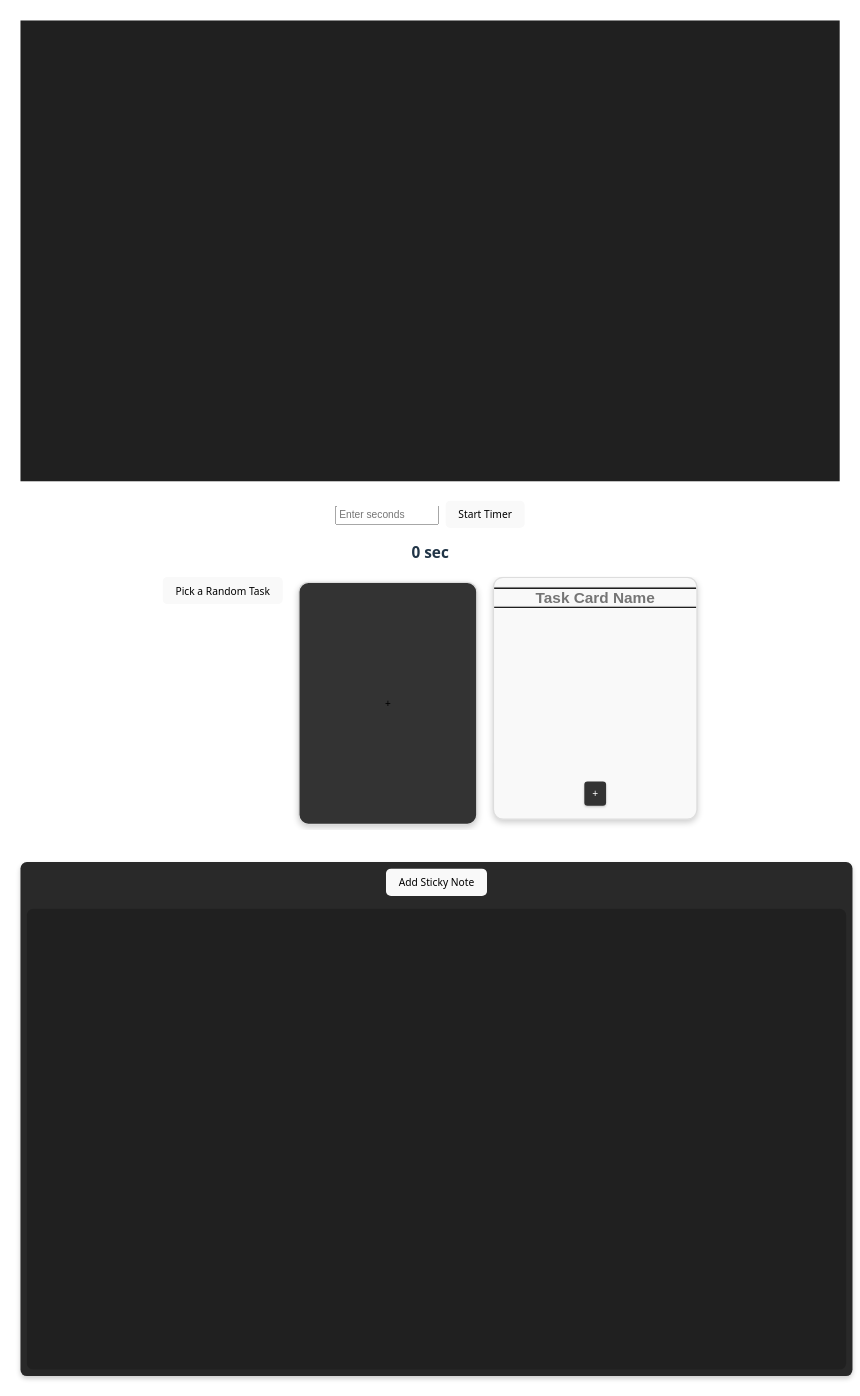
Repository: RamSivaSundaraKarthykeyan/Cards-Task
Page: /, after clicking the first element matching `button.task-card-add-button`
These files come from the project's save history. The page is drawn as it stood at one moment and after the next save; the edit follows.
The browser window is 1280 px wide. The page is 1344 px wide, so the pictures cover 1344 px, including what lies to the right of the window. The pictures show the whole page, at 64% of full size.
The project was rebuilt for these pictures with package versions that can differ from the ones it lists, and the page was loaded fresh each time. Also part of the build but not shown: vite.config.js, src/CSS/checkBox.css, src/components/CheckBox.jsx.

Above is the page before, as saved 2025-04-16 20:37:27.

### index.html
<!doctype html>
<html lang="en">
  <head>
    <meta charset="UTF-8" />
    <link rel="icon" type="image/svg+xml" href="/vite.svg" />
    <meta name="viewport" content="width=device-width, initial-scale=1.0" />
    <title>New To-Do</title>
  </head>
  <body>
    <div id="root"></div>
    <script type="module" src="/src/main.jsx"></script>
  </body>
</html>

### src/main.jsx
import React, { StrictMode } from "react";
import { createRoot } from "react-dom/client";
import "./CSS/index.css";
import App from "./App.jsx";

createRoot(document.getElementById("root")).render(
  <StrictMode>
    <App />
  </StrictMode>
);

### src/App.jsx
import React from "react";
import "./CSS/App.css";
import Deck from "./components/Deck.jsx";
import { TaskCardProvider } from "./context/TaskCardContext.jsx";
import Timer from "./components/Timer.jsx";
import StickyNotes from "./components/StickyNotes.jsx";

function App() {
  return (
    <>
      <div className="app-container"></div>
      <div className="sidebar">
        <Timer />
      </div>
      <div className="main-content">
        <TaskCardProvider>
          <Deck />
        </TaskCardProvider>
      </div>
      <div className="sticky-note">
        <StickyNotes />
      </div>
    </>
  );
}

export default App;

### src/CSS/App.css
#root {
  max-width: 1280px;
  margin: 0 auto;
  padding: 2rem;
  text-align: center;
}

.logo {
  height: 6em;
  padding: 1.5em;
  will-change: filter;
  transition: filter 300ms;
}
.logo:hover {
  filter: drop-shadow(0 0 2em #646cffaa);
}
.logo.react:hover {
  filter: drop-shadow(0 0 2em #61dafbaa);
}

@keyframes logo-spin {
  from {
    transform: rotate(0deg);
  }
  to {
    transform: rotate(360deg);
  }
}

@media (prefers-reduced-motion: no-preference) {
  a:nth-of-type(2) .logo {
    animation: logo-spin infinite 20s linear;
  }
}

.card {
  padding: 2em;
}

.read-the-docs {
  color: #888;
}

.app-container {
  display: flex;
  flex-direction: row;
  /* Left-to-right layout */
  width: 100vw;
  height: 100vh;
  background-color: #202020;
  /* Same dark background */
}

.main-content {
  flex: 1;
  /* Takes up remaining width */
  position: relative;
  overflow: hidden;
  /* Keep notes within the screen, or remove if you want scroll */
}

.sticky-note {
  margin-top: 50px;
  position: relative;
  /* Stays where you place it via top/left */
  width: 100%;
  /* Or any narrower size */
  min-height: 150px;
  background: #292929;
  /* The note’s color */
  padding: 10px;
  box-shadow: 0 4px 8px rgba(0, 0, 0, 0.2);
  cursor: move;
  user-select: none;
  border-radius: 10px;
  overflow: "hidden",
}

.sticky-note textarea {
  width: 100%;
  height: 100%;
  background: transparent;
  border: none;
  resize: none;
  outline: none;
  color: #000000;
  font-size: 14px;
}

### src/components/Deck.jsx
import React, { useRef, useEffect } from "react";
import TaskCard from "./TaskCard.jsx";
import { useTaskCardContext } from "../context/TaskCardContext.jsx";
import "../CSS/Deck.css";

function Deck() {
  const {
    taskCards,
    addTaskCard,
    removeTaskCard,
    pickRandomTaskCard,
    selectedTaskId,
  } = useTaskCardContext();

  const inputRef = useRef({});

  const handleAddTaskCard = () => {
    const newId =
      taskCards.length === 0 ? 1 : taskCards[taskCards.length - 1].id + 1;
    addTaskCard({ id: newId });
    inputRef.current[newId] = React.createRef();
  };

  const handlePickRandomTaskCard = () => {
    const randomTaskCard = pickRandomTaskCard();
    if (randomTaskCard) {
      alert(`random Task Card:\nIDl: ${randomTaskCard.id}`);
    } else {
      alert(`No Task Cards Available!`);
    }
  };

  useEffect(() => {
    if (taskCards.length > 0) {
      const lastTaskCard = taskCards[taskCards.length - 1];
      inputRef.current[lastTaskCard.id]?.current?.focus();
    }
  }, [taskCards]);

  return (
    <div
      style={{ display: "flex", flexWrap: "wrap", gap: "16px" }}
      className="deck"
    >
      <button onClick={handlePickRandomTaskCard}> Pick a Random Task </button>
      <button className="task-card-add-button" onClick={handleAddTaskCard}>
        +
      </button>
      {taskCards.map((tc) => (
        <TaskCard
          id={tc.id}
          key={tc.id}
          removeTask={() => removeTaskCard(tc.id)}
          inputRef={inputRef.current[tc.id]}
          isSelected={tc.id === selectedTaskId}
        />
      ))}
    </div>
  );
}

export default Deck;

### src/context/TaskCardContext.jsx
import React, { createContext, useContext, useState } from "react";

const TaskCardContext = createContext();

export function TaskCardProvider({ children }) {
  const [taskCards, setTaskCards] = useState([]);
  const [selectedTaskId, setSelectedTaskId] = useState(null);

  const addTaskCard = (taskCard) => setTaskCards((prev) => [...prev, taskCard]);
  const removeTaskCard = (id) =>
    setTaskCards((prev) => prev.filter((tc) => tc.id !== id));

  const pickRandomTaskCard = () => {
    if (taskCards.length === 0) return null;
    const randomIndex = Math.floor(Math.random() * taskCards.length);
    const randomCard = taskCards[randomIndex];
    setSelectedTaskId(randomCard.id);
    return randomCard;
  };

  return (
    // any component that consumes this context will have access to these value objects
    <TaskCardContext.Provider
      value={{
        taskCards,
        addTaskCard,
        removeTaskCard,
        pickRandomTaskCard,
        selectedTaskId,
      }}
    >
      {children}
    </TaskCardContext.Provider>
  );
}

export function useTaskCardContext() {
  return useContext(TaskCardContext);
}

### src/components/Timer.jsx
import React, { useState, useEffect, useRef } from "react";

function Timer() {
  // State to hold the remaining time (in seconds)
  const [time, setTime] = useState(0);
  // State to store the input value from the user
  const [inputValue, setInputValue] = useState("");
  // State to indicate if the timer is running
  const [isRunning, setIsRunning] = useState(false);

  // Ref to store the timer id from setTimeout so it can be cleared if needed
  const timerRef = useRef(null);
  // Ref to store the audio element so we can trigger playback
  const audioRef = useRef(null);

  // useEffect to handle the countdown
  useEffect(() => {
    // If the timer is running and time is not zero, schedule a timeout to decrease time by one second.
    if (isRunning && time > 0) {
      timerRef.current = setTimeout(() => {
        setTime(time - 1);
      }, 1000);
    }
    // When the time reaches zero while the timer is running, play the sound and stop the timer.
    else if (isRunning && time === 0) {
      // Play the sound if the audio element is ready
      if (audioRef.current) {
        audioRef.current.play();
      }
      setIsRunning(false);
    }
    // Cleanup function to clear the timeout if the component re-renders or unmounts.
    return () => clearTimeout(timerRef.current);
  }, [isRunning, time]);

  // Function to start the timer based on the user input
  const startTimer = () => {
    // Convert the input value to an integer (assuming the input is in seconds)
    const seconds = parseInt(inputValue, 10);
    if (!isNaN(seconds) && seconds > 0) {
      setTime(seconds);
      setIsRunning(true);
    }
  };

  return (
    <div style={{ textAlign: "center", marginTop: "30px" }}>
      <input
        type="number"
        value={inputValue}
        onChange={(e) => setInputValue(e.target.value)}
        placeholder="Enter seconds"
        style={{ fontSize: "16px", padding: "4px", width: "150px" }}
      />
      <button
        onClick={startTimer}
        style={{ marginLeft: "10px", fontSize: "16px" }}
      >
        Start Timer
      </button>
      <h2 style={{ marginTop: "20px" }}>{time} sec</h2>
      {/* Audio element plays sound when time is up. Ensure sound.mp3 is available in your public folder or change the src to a valid URL */}
      <audio ref={audioRef}>
        <source src="/alarm.mp3" type="audio/mpeg" />
        Your browser does not support the audio element.
      </audio>
    </div>
  );
}

export default Timer;

### src/CSS/Deck.css
.task-card-add-button {
    width: 280px;
    height: 380px;
    margin: 8px;
    display: flex;
    justify-content: center;
    align-items: center;
    border: 2px solid #ddd;
    border-radius: 16px;
    background: #333;
    box-shadow: 0 4px 10px rgba(0, 0, 0, 0.2);
    cursor: pointer;
    box-sizing: border-box;
}

.task-card-add-button:hover {
    transform: perspective(600px) rotateX(2deg);
    box-shadow: 0 6px 12px rgba(0, 0, 0, 0.2);
}

.deck {
    display: flex;
    flex-wrap: wrap;
    gap: 16px;
    justify-content: center;
    align-items: flex-start;
}

### src/CSS/TaskCard.css
.task-card {
    position: relative;
    width: 320px;
    height: 380px;
    display: flex;
    flex-direction: column;
    align-items: center;
    justify-content: space-between;
    background: #f9f9f9;
    border: 2px solid #ddd;
    border-radius: 16px;
    box-shadow: 0 4px 10px rgba(0, 0, 0, 0.2);
    padding: 20px;
    box-sizing: border-box;
    overflow: hidden;
    transition: transform 0.2s ease, box-shadow 0.2s ease;
}

.task-card:hover {
    opacity: 1;
        transform: perspective(600px) rotateX(2deg);
        box-shadow: 0 6px 12px rgba(0, 0, 0, 0.2);
}

.task-card::before {
    content: "";
    position: absolute;
    top: 0;
    right: 0;
    width: 0;
    height: 0;
    border-style: solid;
    border-width: 60px 60px 0 0;
    /* Creates a triangle */
    border-color: transparent transparent transparent transparent;
    /* Initially hidden */
    z-index: 2;
    transition: border-color 0.3s ease;
    opacity: 0;
        /* Hidden by default */
        pointer-events: none;
        /* Prevent interaction */
}

.task-card:hover::before {
    border-color: #d63b3b transparent transparent transparent;
    /* Red triangle on hover */
    opacity: 1;
        /* Show on hover */
        pointer-events: auto;
        /* Enable interaction */
}
.task-card::after {
    content: "";
    position: absolute;
    top: 0;
    right: 0;
    width: 0;
    height: 0;
    background: transparent;
    /* Initially hidden */
    z-index: 3;
    transition: all 0.3s ease;
    opacity: 0;
        /* Hidden by default */
        pointer-events: none;
        /* Prevent interaction */
}

.task-card:hover::after {
    content: "–";
    width: 40px;
    height: 40px;
    background: #d63b3b;
    /* Visible on hover */
    color: #fff;
    /* Show minus sign */
    font-size: 24px;
    display: flex;
    align-items: center;
    justify-content: center;
    transform: translate(-10px, 10px) rotate(45deg);
    box-shadow: 0 2px 4px rgba(0, 0, 0, 0.3);
    opacity: 1;
        /* Show on hover */
        pointer-events: auto;
        /* Enable interaction */
}
.card-title {
    position: absolute;
    top: 16px;
    left: 50%;
    transform: translateX(-50%);
    font-size: 24px;
    font-family: 'Poppins', sans-serif;
    font-weight: bold;
    border-radius: 8px;
    text-align: center;
    width: auto;
    border: none;
    background-color: transparent;
    color: #333;
    margin-bottom: 25px;
}

.checkbox-container {
    display: flex;
    flex-direction: column;
    align-items: flex-start;
    gap: 10px;
    padding: 16px 8px;
    margin-top: 60px;
    /* Added margin to prevent overlap */
}

.checkbox-container input[type="checkbox"] {
    width: 16px;
    height: 16px;
    accent-color: #d63b3b;
    cursor: pointer;
}

.checkbox-container label {
    display: flex;
    align-items: center;
    gap: 8px;
    font-size: 14px;
}

.remove-button {
    position: absolute;
        top: 16px;
        right: 16px;
        background: #333;
        color: #bb0000;
        border: none;
        border-radius: 5px;
        padding: 8px 12px;
        font-size: 16px;
        cursor: pointer;
        box-shadow: 0 2px 4px rgba(0, 0, 0, 0.2);

        /* Initially hidden: folded inwards */
        opacity: 0;
        transform: perspective(600px) rotateX(90deg);
        transform-origin: top right;
        transition: transform 0.3s ease, opacity 0.3s ease;
}

.task-card:hover .remove-button {
    opacity: 1;
    transform: perspective(600px) rotateX(0deg);
}

.add-check-box-button {
    margin-top: 20px;
    background: #333;
    color: #fff;
    border: none;
    border-radius: 5px;
    padding: 8px 12px;
    font-size: 16px;
    cursor: pointer;
    box-shadow: 0 2px 4px rgba(0, 0, 0, 0.2);
}

.task-card::-webkit-scrollbar {
    width: 8px;
    /* Width of the scrollbar */
}

.task-card::-webkit-scrollbar-thumb {
    background: linear-gradient(45deg, #ff6f61, #d63b3b);
    /* Gradient color for the scrollbar thumb */
    border-radius: 4px;
    /* Rounded edges */
}

.task-card::-webkit-scrollbar-thumb:hover {
    background: linear-gradient(45deg, #d63b3b, #ff6f61);
    /* Change color on hover */
}

.task-card::-webkit-scrollbar-track {
    background: #f1f1f1;
    /* Light background for the scrollbar track */
    border-radius: 4px;
    /* Rounded edges */
}

.task-card.completed {
    border: 2px solid green;
    background-color: #7ed67e;
    color: #d63b3b;
}

.task-card.selected {
    /* Style for a selected task card */
    border-color: #7ed67e;
    color: #d63b3b;
}

.completed-screen {
    text-align: center;
}

Loaded but not shown: src/index.css (common file); src/components/TaskCard.jsx (117 lines, source omitted); src/components/StickyNotes.jsx (116 lines, source omitted)

After the next save:
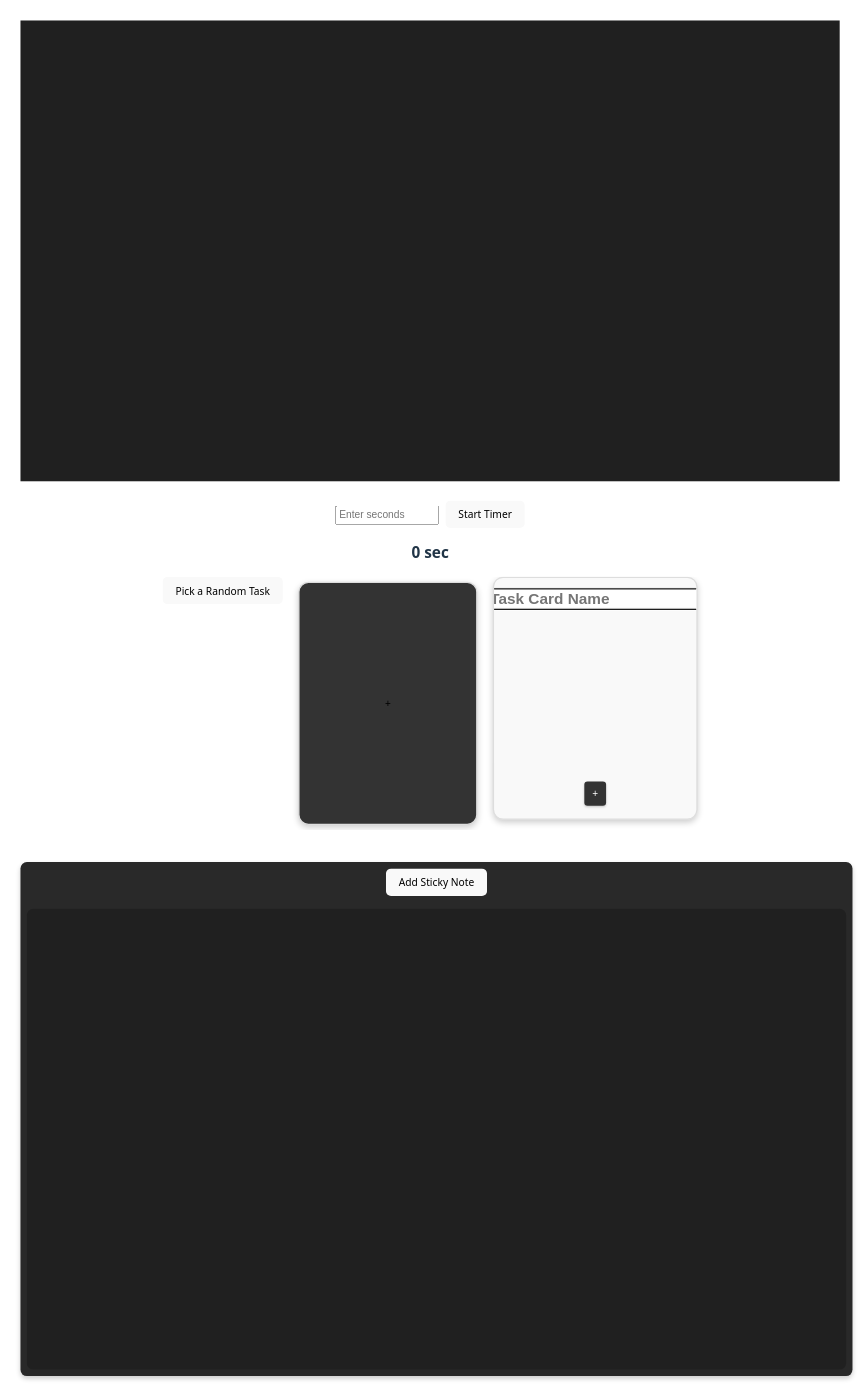
Saved 88 s later.
--- a/src/CSS/TaskCard.css
+++ b/src/CSS/TaskCard.css
@@ -17,11 +17,11 @@
 }
 
 .task-card:hover {
-    opacity: 1;
-        transform: perspective(600px) rotateX(2deg);
-        box-shadow: 0 6px 12px rgba(0, 0, 0, 0.2);
+    transform: perspective(600px) rotateX(2deg);
+    box-shadow: 0 6px 12px rgba(0, 0, 0, 0.2);
 }
 
+/* Triangle Fold */
 .task-card::before {
     content: "";
     position: absolute;
@@ -31,25 +31,18 @@
     height: 0;
     border-style: solid;
     border-width: 60px 60px 0 0;
-    /* Creates a triangle */
     border-color: transparent transparent transparent transparent;
-    /* Initially hidden */
+    /* Hidden by default */
     z-index: 2;
     transition: border-color 0.3s ease;
-    opacity: 0;
-        /* Hidden by default */
-        pointer-events: none;
-        /* Prevent interaction */
 }
 
 .task-card:hover::before {
     border-color: #d63b3b transparent transparent transparent;
-    /* Red triangle on hover */
-    opacity: 1;
-        /* Show on hover */
-        pointer-events: auto;
-        /* Enable interaction */
+    /* Red triangle */
 }
+
+/* Minus Button */
 .task-card::after {
     content: "";
     position: absolute;
@@ -58,13 +51,9 @@
     width: 0;
     height: 0;
     background: transparent;
-    /* Initially hidden */
+    /* Hidden by default */
     z-index: 3;
     transition: all 0.3s ease;
-    opacity: 0;
-        /* Hidden by default */
-        pointer-events: none;
-        /* Prevent interaction */
 }
 
 .task-card:hover::after {
@@ -81,11 +70,9 @@
     justify-content: center;
     transform: translate(-10px, 10px) rotate(45deg);
     box-shadow: 0 2px 4px rgba(0, 0, 0, 0.3);
-    opacity: 1;
-        /* Show on hover */
-        pointer-events: auto;
-        /* Enable interaction */
 }
+
+/* Additional Card Styles */
 .card-title {
     position: absolute;
     top: 16px;
@@ -94,36 +81,23 @@
     font-size: 24px;
     font-family: 'Poppins', sans-serif;
     font-weight: bold;
-    border-radius: 8px;
-    text-align: center;
-    width: auto;
-    border: none;
-    background-color: transparent;
     color: #333;
-    margin-bottom: 25px;
 }
 
 .checkbox-container {
     display: flex;
     flex-direction: column;
-    align-items: flex-start;
     gap: 10px;
-    padding: 16px 8px;
     margin-top: 60px;
-    /* Added margin to prevent overlap */
 }
 
 .checkbox-container input[type="checkbox"] {
     width: 16px;
     height: 16px;
     accent-color: #d63b3b;
-    cursor: pointer;
 }
 
 .checkbox-container label {
-    display: flex;
-    align-items: center;
-    gap: 8px;
     font-size: 14px;
 }
 

After the save that followed:
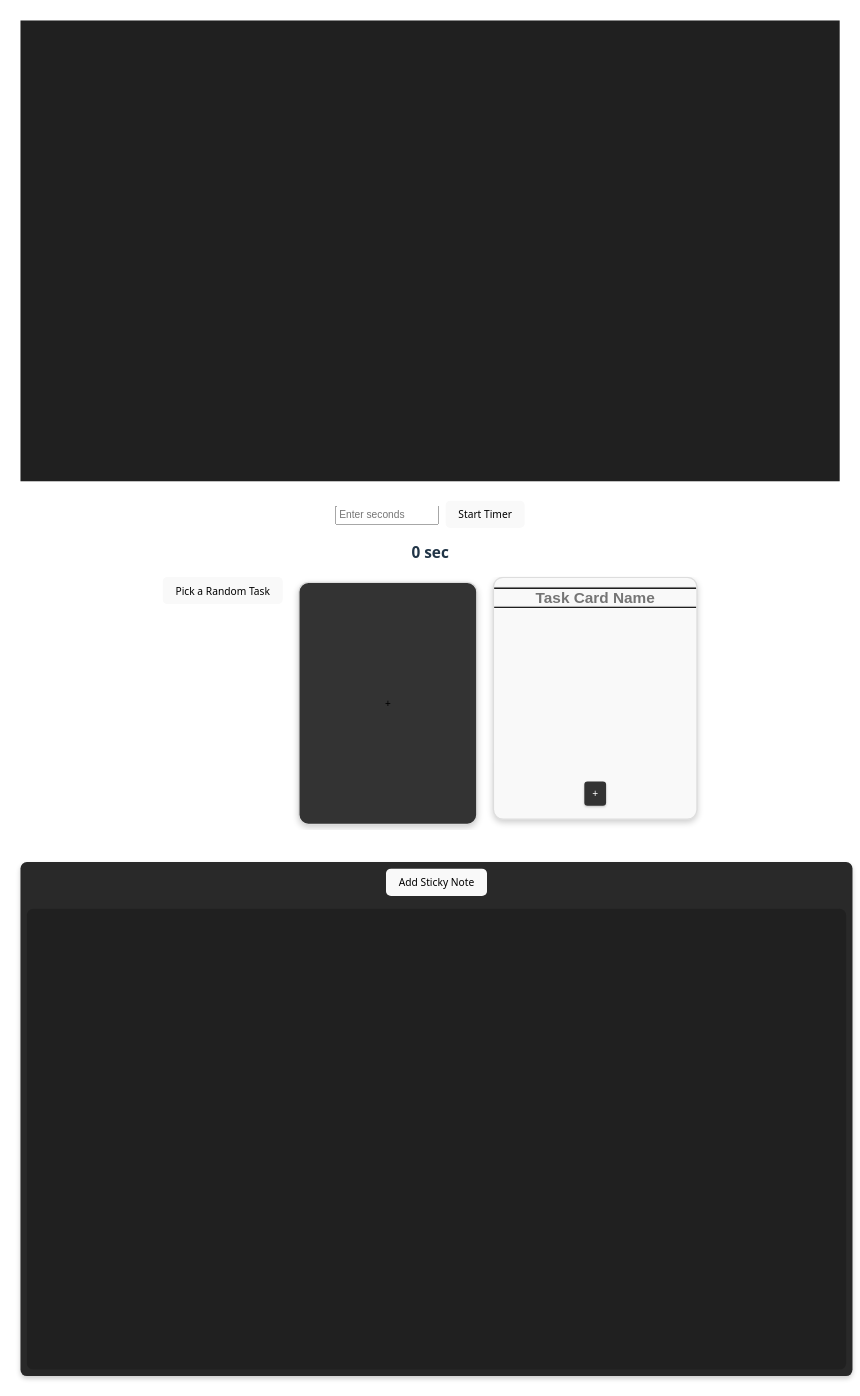
Saved 30 s later.
--- a/src/CSS/TaskCard.css
+++ b/src/CSS/TaskCard.css
@@ -17,11 +17,11 @@
 }
 
 .task-card:hover {
-    transform: perspective(600px) rotateX(2deg);
-    box-shadow: 0 6px 12px rgba(0, 0, 0, 0.2);
+    opacity: 1;
+        transform: perspective(600px) rotateX(2deg);
+        box-shadow: 0 6px 12px rgba(0, 0, 0, 0.2);
 }
 
-/* Triangle Fold */
 .task-card::before {
     content: "";
     position: absolute;
@@ -31,18 +31,21 @@
     height: 0;
     border-style: solid;
     border-width: 60px 60px 0 0;
+    /* Creates a triangle */
     border-color: transparent transparent transparent transparent;
-    /* Hidden by default */
+    /* Initially hidden */
     z-index: 2;
     transition: border-color 0.3s ease;
+    opacity: 0;
+        /* Hidden by default */
+        pointer-events: none;
+        /* Prevent interaction */
 }
 
 .task-card:hover::before {
     border-color: #d63b3b transparent transparent transparent;
-    /* Red triangle */
+    /* Red triangle on hover */
 }
-
-/* Minus Button */
 .task-card::after {
     content: "";
     position: absolute;
@@ -51,9 +54,13 @@
     width: 0;
     height: 0;
     background: transparent;
-    /* Hidden by default */
+    /* Initially hidden */
     z-index: 3;
     transition: all 0.3s ease;
+    opacity: 0;
+        /* Hidden by default */
+        pointer-events: none;
+        /* Prevent interaction */
 }
 
 .task-card:hover::after {
@@ -71,8 +78,6 @@
     transform: translate(-10px, 10px) rotate(45deg);
     box-shadow: 0 2px 4px rgba(0, 0, 0, 0.3);
 }
-
-/* Additional Card Styles */
 .card-title {
     position: absolute;
     top: 16px;
@@ -81,23 +86,36 @@
     font-size: 24px;
     font-family: 'Poppins', sans-serif;
     font-weight: bold;
+    border-radius: 8px;
+    text-align: center;
+    width: auto;
+    border: none;
+    background-color: transparent;
     color: #333;
+    margin-bottom: 25px;
 }
 
 .checkbox-container {
     display: flex;
     flex-direction: column;
+    align-items: flex-start;
     gap: 10px;
+    padding: 16px 8px;
     margin-top: 60px;
+    /* Added margin to prevent overlap */
 }
 
 .checkbox-container input[type="checkbox"] {
     width: 16px;
     height: 16px;
     accent-color: #d63b3b;
+    cursor: pointer;
 }
 
 .checkbox-container label {
+    display: flex;
+    align-items: center;
+    gap: 8px;
     font-size: 14px;
 }
 
